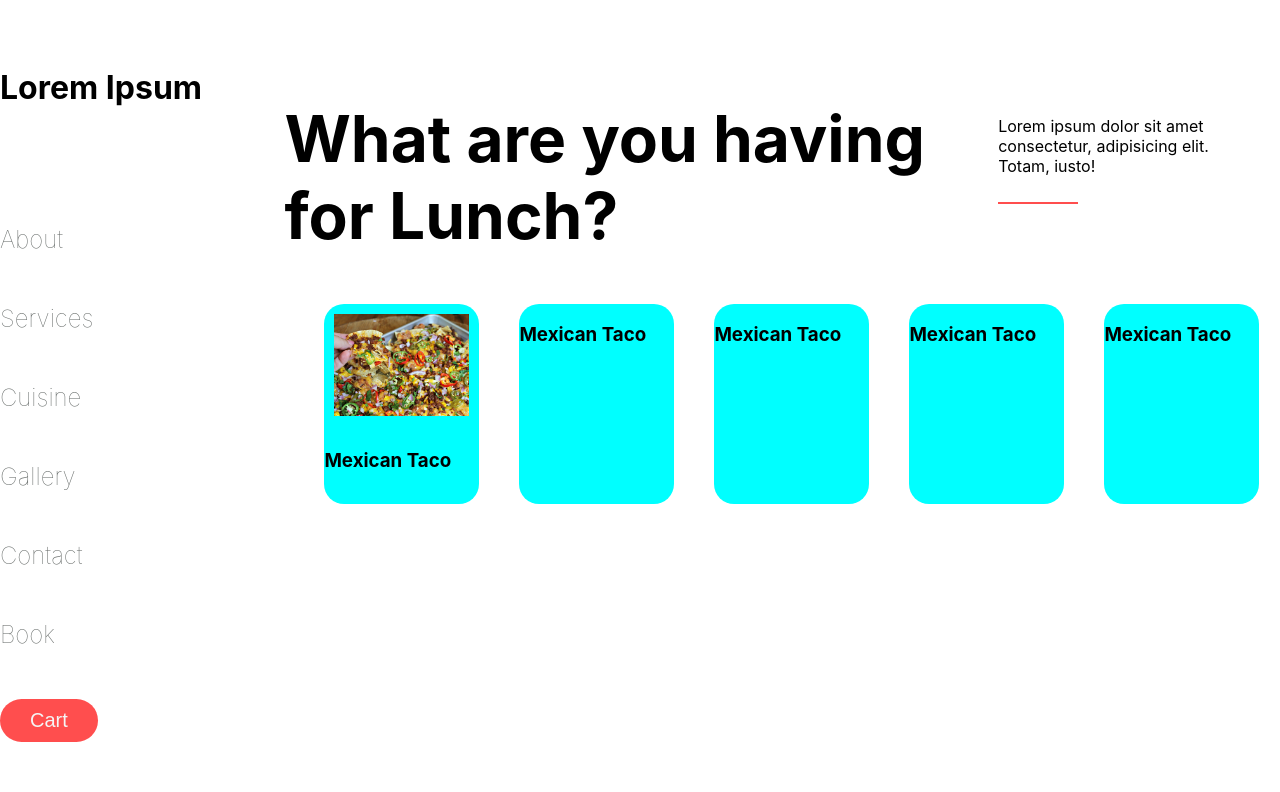
Repository: Marlstergo/assignment2
Page: /
The author's editor kept a copy of each file at every save. The page is drawn from the files as they stood at one save, then again after the next save.
The browser window is 1280 px wide. The pictures show the whole page.
The project was rebuilt for these pictures with package versions that can differ from the ones it lists, and the page was loaded fresh each time.

Above is the page before, as saved 2021-07-27 02:47:39.

### src/App.js
import logo from "./logo.svg";
import "./App.css";

import Nachos from './asset/nachos.png'

function App() {
  return (
    <div className="container">
      <div className="full">
        <div className="sidebar">
          <div className="logo">
            <h1>Lorem Ipsum</h1>
          </div>
          <div className="items">
            <div className="item">
              <h2 className="">About</h2>
            </div>
            <div className="item">
              <h2 className="">Services</h2>
            </div>
            <div className="item">
              <h2 className="">Cuisine</h2>
            </div>
            <div className="item">
              <h2 className="">Gallery</h2>
            </div>
            <div className="item">
              <h2 className="">Contact</h2>
            </div>
            <div className="item">
              <h2 className="">Book</h2>
            </div>
            <div className="item">
              <button className="button">Cart</button>
            </div>
          </div>
        </div>
        <div className="main-view">
          <div className="hero">
            <div className="title">
              <h1 className="">What are you having for Lunch?</h1>
            </div>
            <div className="paragraph">
              <p className="">
                Lorem ipsum dolor sit amet consectetur, adipisicing elit. Totam,
                iusto!
              </p>
              <div className="divider"/>
            </div>
          </div>
          <div className="row">
            <div className="cell">
              <div className="imagediv">
                {/* image */}
                <img src={Nachos} alt="nachos" className="" />
              </div>
              <div className="">
                <h3 className="">Mexican Taco</h3>
              </div>
            </div>
            <div className="cell">
              <div className="">{/* image */}</div>
              <div className="">
                <h3 className="">Mexican Taco</h3>
              </div>
            </div>
            <div className="cell">
              <div className="">{/* image */}</div>
              <div className="">
                <h3 className="">Mexican Taco</h3>
              </div>
            </div>
            <div className="cell">
              <div className="">{/* image */}</div>
              <div className="">
                <h3 className="">Mexican Taco</h3>
              </div>
            </div>
            <div className="cell">
              <div className="">{/* image */}</div>
              <div className="">
                <h3 className="">Mexican Taco</h3>
              </div>
            </div>
          </div>
        </div>
      </div>
    </div>
  );
}

export default App;

### src/App.css
.container {
  height: 100vh;
  width: 100%;
  /* padding-left: 1.5rem;
  padding-right: 1.5rem; */
}

@media screen and (min-width: 640px) {
  .container {
    max-width: 640px;
    margin: 0 auto;
  }
}

@media screen and (min-width: 768px) {
  .container {
    max-width: 768px;
  }
}

@media screen and (min-width: 1024px) {
  .container {
    max-width: 1024px;
    /* padding-left: 4rem;
    padding-right: 4rem; */
  }
}

@media screen and (min-width: 1280px) {
  .container {
    max-width: 1280px;
    /* padding-left: 5rem;
    padding-right: 5rem; */
  }
}

@media screen and (min-width: 1536px) {
  .container {
    max-width: 1536px;
  }
}

.full {
  display: grid;
  grid-template-columns: repeat(9, minmax(0, 1fr));
  height: 100%;
}

.sidebar {
  grid-column: span 2 / span 2;
  /* margin: auto 0; */
}
.logo{
  height: 175px;
  display: flex;
  align-items: center;
  /* justify-content: center; */

}

.items{

}

.item{
  color: rgb(101, 106, 104);
  font-weight: 100;
  margin: 50px 0px;
}
.item h2{
  font-weight: 100;

}

.button{
  padding: 10px 30px;
  font-size: 20px;
  border-radius: 50px;
  background-color: rgb(255,78,78);
  border: 0;
  color: whitesmoke;
}

.logo h1{
  padding: auto auto;
}

.main-view{
  grid-column: span 7 / span 7;
}

.row{
  display: flex;
  /* overflow-x: scroll; */

}

.hero{
  margin: 50px 0px;
  margin-top: 100px;
  display: grid;
  grid-template-columns: repeat(9, minmax(0, 1fr));

}
.paragraph{
  grid-column: span 3 / span 3;
  padding: 0 50px;
  border: 10px;
}

.divider{
  border-bottom: 2px solid rgb(255,78,78);
  /* border-color: rgb(255,78,78); */
  width: 80px;
  height: 10px;
}

.title{
  grid-column: span 6 / span 6;
  font-size: 2rem;

}

h1{
  margin: 0;
}

.cell{
  margin-left: 40px;
  background-color: aqua;
  border-radius: 20px;
  height: 200px;
  width: 155px;
}

.imagediv{
  padding: 10px;
}

img{
  width: 100%;
}

Loaded but not shown: public/index.html (common file); src/index.js (common file); src/index.css (common file); src/reportWebVitals.js (common file)

After the next save:
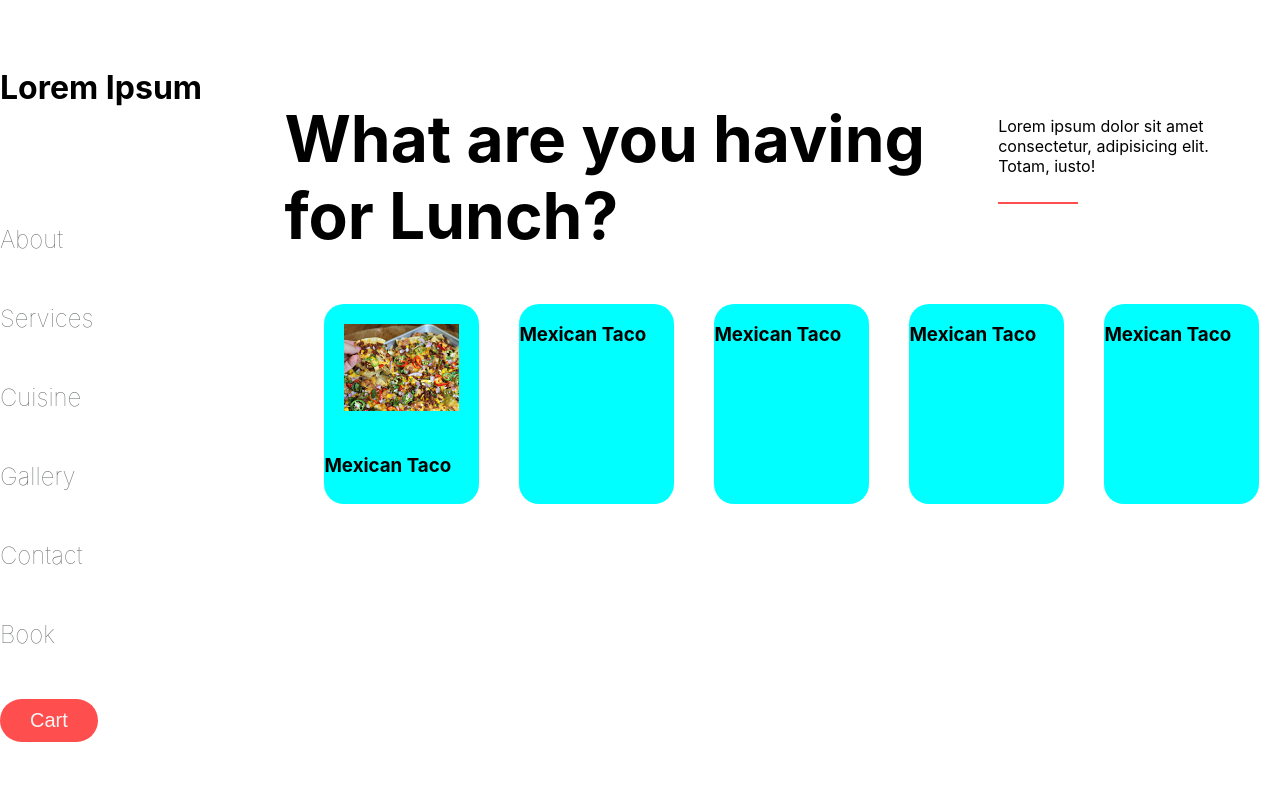
Saved 7 s later.
--- a/src/App.css
+++ b/src/App.css
@@ -134,7 +134,7 @@ h1{
 }
 
 .imagediv{
-  padding: 10px;
+  padding: 20px;
 }
 
 img{
